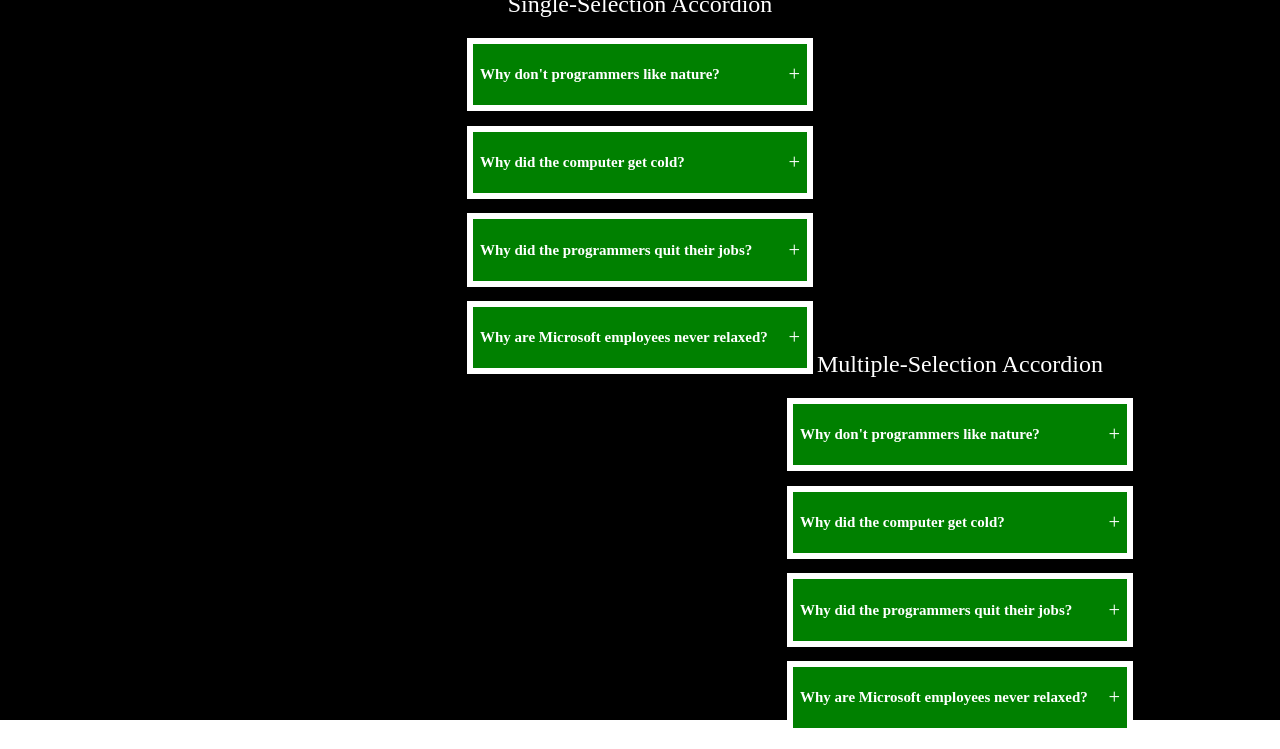
Repository: kosenijr/react-projects
Page: / (app in accordion/)
The author's editor kept a copy of each file at every save. The page is drawn from the files as they stood at one save, then again after a run of saves.
The browser window is 1280 px wide. The pictures show the whole page.
The project was rebuilt for these pictures with package versions that can differ from the ones it lists, and the page was loaded fresh each time.

Above is the page before, as saved 2024-03-03 12:49:19.

After the next 2 saves:
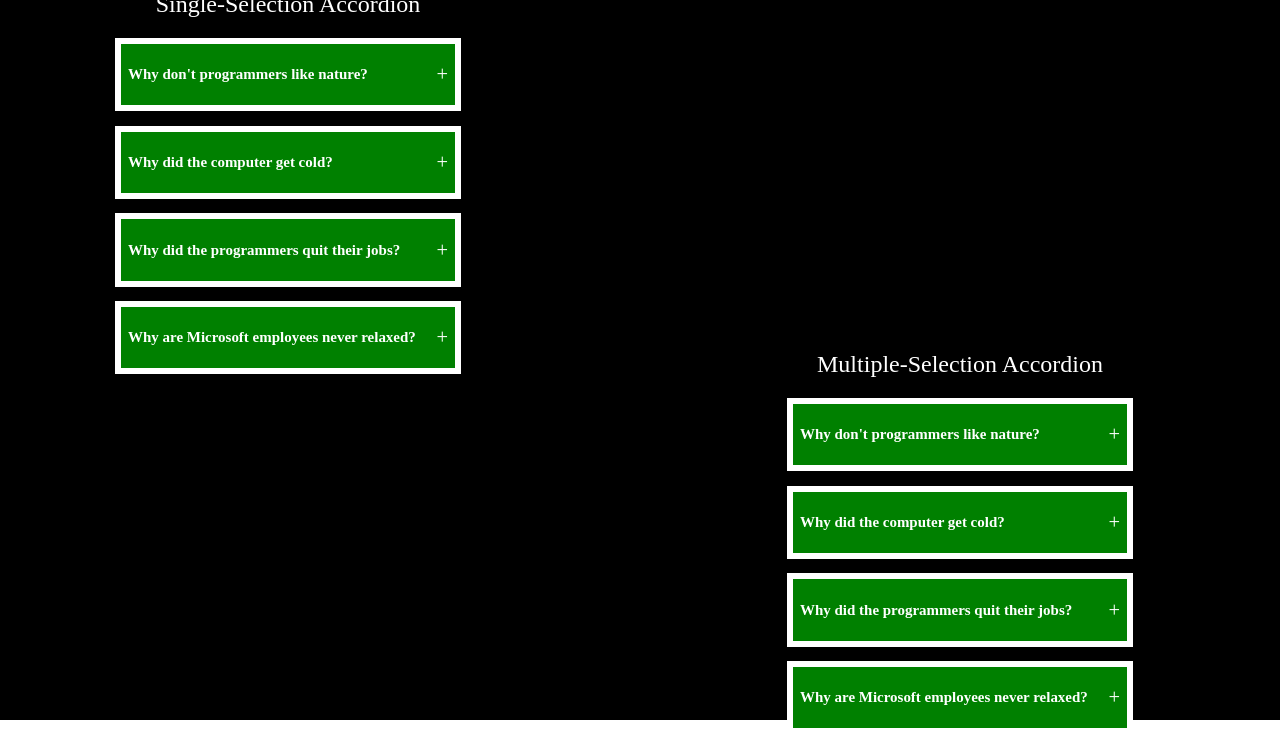
The 2 saves are shown as one change because they came seconds apart.
The last was saved 9 s later.
--- a/accordion/src/styles/SingleSelection.css
+++ b/accordion/src/styles/SingleSelection.css
@@ -3,7 +3,7 @@
   justify-content: center;
   align-items: center;
   height:50vh;
-  width: w;
+  width: 45vw;
 }
 
 .single-selection-description {
